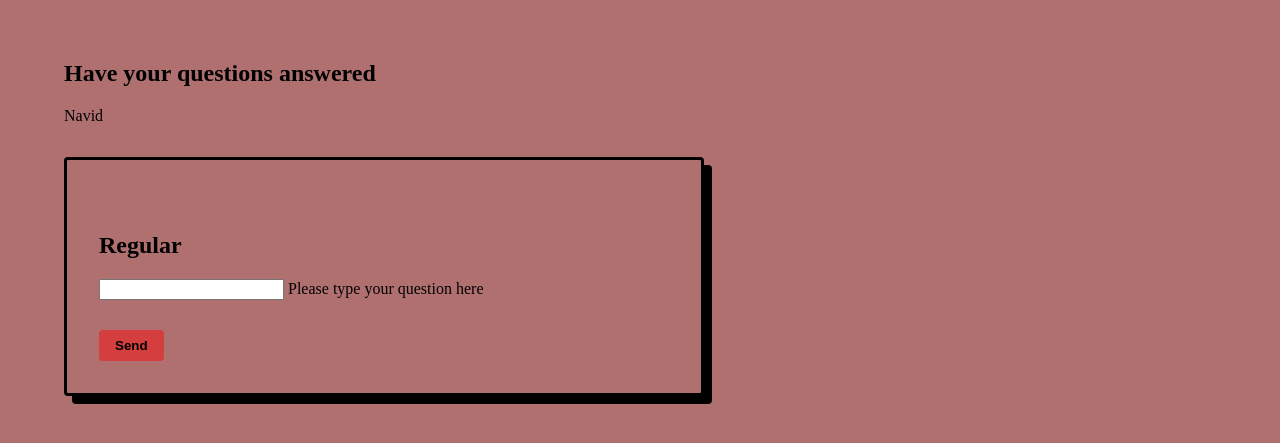
Repository: navid-amini12/capstone-1
Page: quiz.html
The author's editor kept a copy of each file at every save. The page is drawn from the files as they stood at one save, then again after the next save.
The browser window is 1280 px wide. The pictures show the whole page.
Some web fonts or font styles are not loaded; a fallback is used.

Above is the page before, as saved 2022-05-17 12:33:04.

### quiz.html

<head>
    <link rel="stylesheet" href="quiz.css">
    </head>

<article class="l-design-widht">
    <h1>Have your questions answered</h1>

   <p>Navid</p>

    <div class="card">
      <h2><svg class="icon" aria-hidden="true">
        <h2>Regular</h2>
      <label class="input">
        <input class="input__field" type="text" placeholder=" " />
        <span class="input__label">Please type your question here</span>
      </label>
      <div class="button-group">
        <button>Send</button>

      </div>
    </div>



  <svg xmlns="http://www.w3.org/2000/svg" class="hidden">
    <symbol id="icon-coffee" viewBox="0 0 20 20">
      <title>icon-coffee</title>
      <path fill="currentColor" d="M15,17H14V9h3a3,3,0,0,1,3,3h0A5,5,0,0,1,15,17Zm1-6v3.83A3,3,0,0,0,18,12a1,1,0,0,0-1-1Z"/>
      <rect fill="currentColor" x="1" y="7" width="15" height="12" rx="3" ry="3"/>
      <path fill="var(--color-accent)" d="M7.07,5.42a5.45,5.45,0,0,1,0-4.85,1,1,0,0,1,1.79.89,3.44,3.44,0,0,0,0,3.06,1,1,0,0,1-1.79.89Z"/>
      <path fill="var(--color-accent)" d="M3.07,5.42a5.45,5.45,0,0,1,0-4.85,1,1,0,0,1,1.79.89,3.44,3.44,0,0,0,0,3.06,1,1,0,1,1-1.79.89Z"/>
      <path fill="var(--color-accent)" d="M11.07,5.42a5.45,5.45,0,0,1,0-4.85,1,1,0,0,1,1.79.89,3.44,3.44,0,0,0,0,3.06,1,1,0,1,1-1.79.89Z"/>
    </symbol>
  </svg>

### quiz.css
@import url('https://rsms.me/inter/inter.css');

:root {
  --color-light: rgb(176, 112, 112);
  --color-dark: #d1b2b2;
  --color-signal: #d43e3e;

  --color-background: var(--color-light);
  --color-text: var(--color-dark);
  --color-accent: var(--color-signal);

  --size-bezel: .5rem;
  --size-radius: 4px;



  background: var(--color-background);
  font-weight: 300;
  padding: 0 calc(var(--size-bezel) * 3);
}





.card {
  background: var(--color-background);
  padding: calc(4 * var(--size-bezel));
  margin-top: calc(4 * var(--size-bezel));
  border-radius: var(--size-radius);
  border: 3px solid var(--color-shadow, currentColor);
  box-shadow: .5rem .5rem 0 var(--color-shadow, currentColor);




}


.l-design-widht {
  max-width: 40rem;
  padding: 2rem;
}

.input {
  position: relative;








}


.button-group {
  margin-top: 30px
}
button {
  color: currentColor;
  padding: var(--size-bezel) calc(var(--size-bezel) * 2);
  background: var(--color-accent);
  border: none;
  border-radius: var(--size-radius);
  font-weight: 900;
}


.icon {
  display: inline-block;
  height: 0em;
  margin-right: .5em;
}

After the next save:
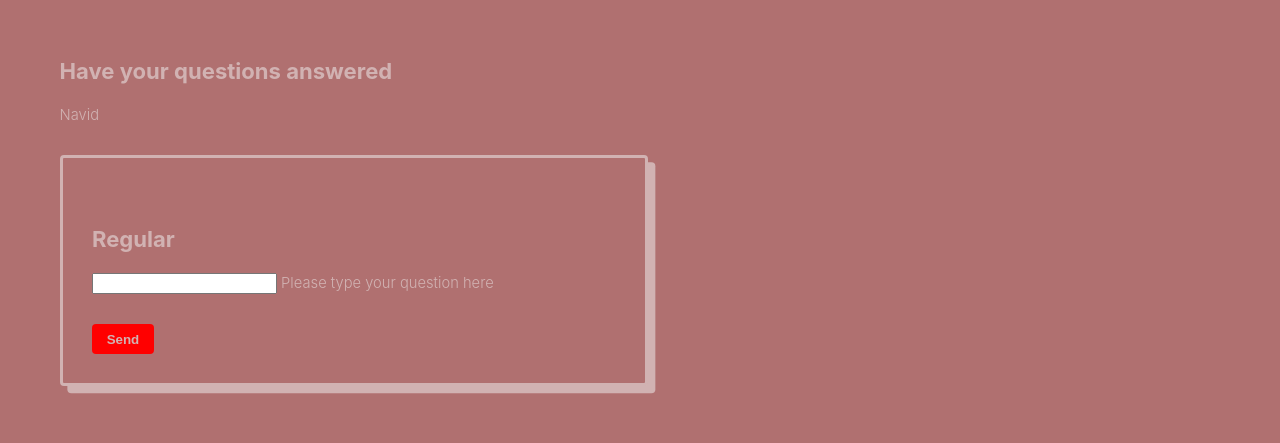
Saved 8 s later.
--- a/quiz.css
+++ b/quiz.css
@@ -3,7 +3,7 @@
 :root {
   --color-light: rgb(176, 112, 112);
   --color-dark: #d1b2b2;
-  --color-signal: #d43e3e;
+  --color-signal: #ff0000;
 
   --color-background: var(--color-light);
   --color-text: var(--color-dark);
@@ -12,8 +12,11 @@
   --size-bezel: .5rem;
   --size-radius: 4px;
 
+  line-height: 1.4;
 
-
+  font-family: 'Inter', sans-serif;
+  font-size: calc(.6rem + .4vw);
+  color: var(--color-text);
   background: var(--color-background);
   font-weight: 300;
   padding: 0 calc(var(--size-bezel) * 3);
